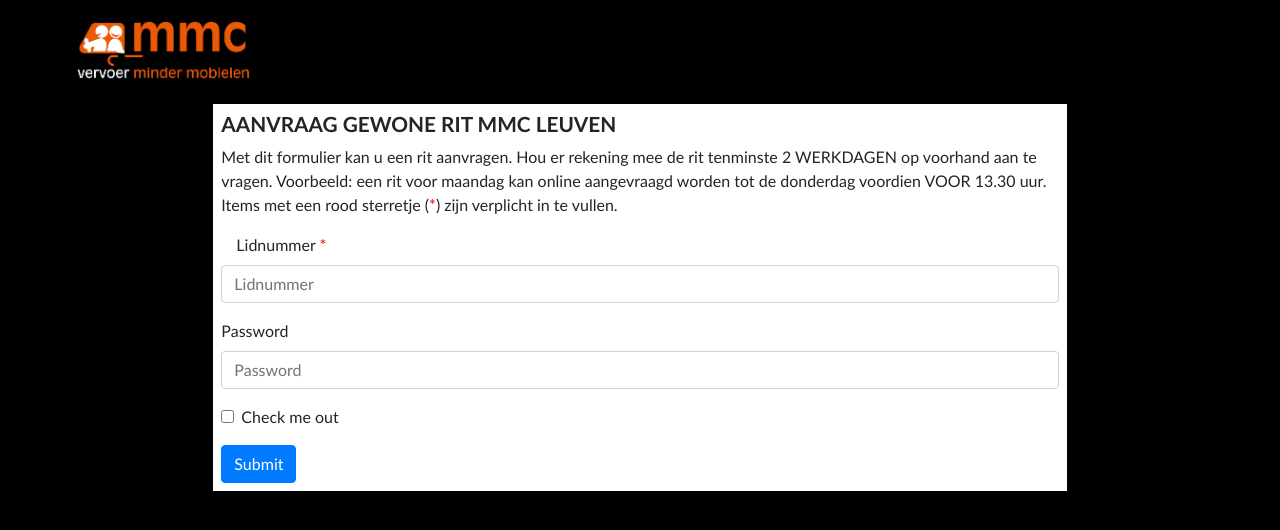
Repository: tclaes/vera
Page: index.html
These files come from the project's save history. The page is drawn as it stood at one moment and after a run of saves; the edit follows.
The browser window is 1280 px wide. The pictures show the whole page.

Above is the page before, as saved 2018-11-12 15:37:51.

### index.html
<!doctype html>
<html class="no-js" lang="">

<head>
  <meta charset="utf-8">
  <meta http-equiv="x-ua-compatible" content="ie=edge">
  <title></title>
  <meta name="description" content="">
  <meta name="viewport" content="width=device-width, initial-scale=1, shrink-to-fit=no">

  <link rel="manifest" href="site.webmanifest">
  <link rel="apple-touch-icon" href="icon.png">
  <!-- Place favicon.ico in the root directory -->

  <link rel="stylesheet" href="https://stackpath.bootstrapcdn.com/bootstrap/4.1.3/css/bootstrap.min.css" integrity="sha384-MCw98/SFnGE8fJT3GXwEOngsV7Zt27NXFoaoApmYm81iuXoPkFOJwJ8ERdknLPMO" crossorigin="anonymous">
  <link rel="stylesheet" href="css/main.css">
</head>

<body>
  <!--[if lte IE 9]>
    <p class="browserupgrade">You are using an <strong>outdated</strong> browser. Please <a href="https://browsehappy.com/">upgrade your browser</a> to improve your experience and security.</p>
  <![endif]-->

  <div class="container-fluid">
    <div class="row header">
      <div class="col-md-12">
        <img src="img/logo_MMC_neg_groot.28.jpg" alt="MMC Logo" height="100px">
      </div>
    </div>
    <div class="row d-flex justify-content-center">
      <div class="col-md-8 m-1 p-2 white">
        <h1>AANVRAAG GEWONE RIT MMC LEUVEN</h1>
        <p>Met dit formulier kan u een rit aanvragen. Hou er rekening mee de rit tenminste 2 WERKDAGEN op voorhand aan te vragen.
          Voorbeeld: een rit voor maandag kan online aangevraagd worden tot de donderdag voordien VOOR 13.30 uur.
          Items met een rood sterretje (<span class="red">*</span>) zijn verplicht in te vullen.</p>
        <form>
          <div class="form-group">
            <div class="col-md-2">
              <label for="lidNummer">Lidnummer <span class="red">*</span></label>
            </div>

            <input type="email" class="form-control" id="lidNummer" aria-describedby="lidNummer" placeholder="Lidnummer" required>
          </div>
          <div class="form-group">
            <label for="exampleInputPassword1">Password</label>
            <input type="password" class="form-control" id="exampleInputPassword1" placeholder="Password">
          </div>
        <div class="form-group form-check">
          <input type="checkbox" class="form-check-input" id="exampleCheck1">
          <label class="form-check-label" for="exampleCheck1">Check me out</label>
        </div>
        <button type="submit" class="btn btn-primary">Submit</button>
      </form>
    </div>
    </div>
    <div class="row footer"></div>
  </div>



  <script src="https://code.jquery.com/jquery-3.3.1.slim.min.js" integrity="sha384-q8i/X+965DzO0rT7abK41JStQIAqVgRVzpbzo5smXKp4YfRvH+8abtTE1Pi6jizo" crossorigin="anonymous"></script>
<script src="https://cdnjs.cloudflare.com/ajax/libs/popper.js/1.14.3/umd/popper.min.js" integrity="sha384-ZMP7rVo3mIykV+2+9J3UJ46jBk0WLaUAdn689aCwoqbBJiSnjAK/l8WvCWPIPm49" crossorigin="anonymous"></script>
<script src="https://stackpath.bootstrapcdn.com/bootstrap/4.1.3/js/bootstrap.min.js" integrity="sha384-ChfqqxuZUCnJSK3+MXmPNIyE6ZbWh2IMqE241rYiqJxyMiZ6OW/JmZQ5stwEULTy" crossorigin="anonymous"></script>
  <script src="js/vendor/modernizr-3.6.0.min.js"></script>
  <script>window.jQuery || document.write('<script src="js/vendor/jquery-3.3.1.min.js"><\/script>')</script>
  <script src="js/plugins.js"></script>
  <script src="js/main.js"></script>
</body>

</html>

### css/main.css
/*! HTML5 Boilerplate v6.1.0 | MIT License | https://html5boilerplate.com/ */

/*
 * What follows is the result of much research on cross-browser styling.
 * Credit left inline and big thanks to Nicolas Gallagher, Jonathan Neal,
 * Kroc Camen, and the H5BP dev community and team.
 */

/* ==========================================================================
   Base styles: opinionated defaults
   ========================================================================== */

html {
    color: #222;
    font-size: 1em;
    line-height: 1.4;
}

/*
 * Remove text-shadow in selection highlight:
 * https://twitter.com/miketaylr/status/12228805301
 *
 * Vendor-prefixed and regular ::selection selectors cannot be combined:
 * https://stackoverflow.com/a/16982510/7133471
 *
 * Customize the background color to match your design.
 */

::-moz-selection {
    background: #b3d4fc;
    text-shadow: none;
}

::selection {
    background: #b3d4fc;
    text-shadow: none;
}

/*
 * A better looking default horizontal rule
 */

hr {
    display: block;
    height: 1px;
    border: 0;
    border-top: 1px solid #ccc;
    margin: 1em 0;
    padding: 0;
}

/*
 * Remove the gap between audio, canvas, iframes,
 * images, videos and the bottom of their containers:
 * https://github.com/h5bp/html5-boilerplate/issues/440
 */

audio,
canvas,
iframe,
img,
svg,
video {
    vertical-align: middle;
}

/*
 * Remove default fieldset styles.
 */

fieldset {
    border: 0;
    margin: 0;
    padding: 0;
}

/*
 * Allow only vertical resizing of textareas.
 */

textarea {
    resize: vertical;
}

/* ==========================================================================
   Browser Upgrade Prompt
   ========================================================================== */

.browserupgrade {
    margin: 0.2em 0;
    background: #ccc;
    color: #000;
    padding: 0.2em 0;
}

/* ==========================================================================
   Author's custom styles
   ========================================================================== */

   body {
     background: black;
     font-family: 'Trebuchet MS', 'Lucida Sans Unicode', 'Lucida Grande', 'Lucida Sans', Arial, sans-serif;
   }

   h1 {
     font-size: 1.3rem;
     font-weight: 700;
   }

   .white {
     background-color: white;
   }

   .red {
     color: red;
   }


















/* ==========================================================================
   Helper classes
   ========================================================================== */

/*
 * Hide visually and from screen readers
 */

.hidden {
    display: none !important;
}

/*
 * Hide only visually, but have it available for screen readers:
 * https://snook.ca/archives/html_and_css/hiding-content-for-accessibility
 *
 * 1. For long content, line feeds are not interpreted as spaces and small width
 *    causes content to wrap 1 word per line:
 *    https://medium.com/@jessebeach/beware-smushed-off-screen-accessible-text-5952a4c2cbfe
 */

.visuallyhidden {
    border: 0;
    clip: rect(0 0 0 0);
    height: 1px;
    margin: -1px;
    overflow: hidden;
    padding: 0;
    position: absolute;
    width: 1px;
    white-space: nowrap; /* 1 */
}

/*
 * Extends the .visuallyhidden class to allow the element
 * to be focusable when navigated to via the keyboard:
 * https://www.drupal.org/node/897638
 */

.visuallyhidden.focusable:active,
.visuallyhidden.focusable:focus {
    clip: auto;
    height: auto;
    margin: 0;
    overflow: visible;
    position: static;
    width: auto;
    white-space: inherit;
}

/*
 * Hide visually and from screen readers, but maintain layout
 */

.invisible {
    visibility: hidden;
}

/*
 * Clearfix: contain floats
 *
 * For modern browsers
 * 1. The space content is one way to avoid an Opera bug when the
 *    `contenteditable` attribute is included anywhere else in the document.
 *    Otherwise it causes space to appear at the top and bottom of elements
 *    that receive the `clearfix` class.
 * 2. The use of `table` rather than `block` is only necessary if using
 *    `:before` to contain the top-margins of child elements.
 */

.clearfix:before,
.clearfix:after {
    content: " "; /* 1 */
    display: table; /* 2 */
}

.clearfix:after {
    clear: both;
}

/* ==========================================================================
   EXAMPLE Media Queries for Responsive Design.
   These examples override the primary ('mobile first') styles.
   Modify as content requires.
   ========================================================================== */

@media only screen and (min-width: 35em) {
    /* Style adjustments for viewports that meet the condition */
}

@media print,
       (-webkit-min-device-pixel-ratio: 1.25),
       (min-resolution: 1.25dppx),
       (min-resolution: 120dpi) {
    /* Style adjustments for high resolution devices */
}

/* ==========================================================================
   Print styles.
   Inlined to avoid the additional HTTP request:
   https://www.phpied.com/delay-loading-your-print-css/
   ========================================================================== */

@media print {
    *,
    *:before,
    *:after {
        background: transparent !important;
        color: #000 !important; /* Black prints faster */
        -webkit-box-shadow: none !important;
        box-shadow: none !important;
        text-shadow: none !important;
    }

    a,
    a:visited {
        text-decoration: underline;
    }

    a[href]:after {
        content: " (" attr(href) ")";
    }

    abbr[title]:after {
        content: " (" attr(title) ")";
    }

    /*
     * Don't show links that are fragment identifiers,
     * or use the `javascript:` pseudo protocol
     */

    a[href^="#"]:after,
    a[href^="javascript:"]:after {
        content: "";
    }

    pre {
        white-space: pre-wrap !important;
    }
    pre,
    blockquote {
        border: 1px solid #999;
        page-break-inside: avoid;
    }

    /*
     * Printing Tables:
     * http://css-discuss.incutio.com/wiki/Printing_Tables
     */

    thead {
        display: table-header-group;
    }

    tr,
    img {
        page-break-inside: avoid;
    }

    p,
    h2,
    h3 {
        orphans: 3;
        widows: 3;
    }

    h2,
    h3 {
        page-break-after: avoid;
    }
}

### js/plugins.js
// Avoid `console` errors in browsers that lack a console.
(function() {
  var method;
  var noop = function () {};
  var methods = [
    'assert', 'clear', 'count', 'debug', 'dir', 'dirxml', 'error',
    'exception', 'group', 'groupCollapsed', 'groupEnd', 'info', 'log',
    'markTimeline', 'profile', 'profileEnd', 'table', 'time', 'timeEnd',
    'timeline', 'timelineEnd', 'timeStamp', 'trace', 'warn'
  ];
  var length = methods.length;
  var console = (window.console = window.console || {});

  while (length--) {
    method = methods[length];

    // Only stub undefined methods.
    if (!console[method]) {
      console[method] = noop;
    }
  }
}());

// Place any jQuery/helper plugins in here.

Loaded but not shown: js/vendor/modernizr-3.6.0.min.js (library); js/main.js (no stored copy; drawn as an empty file)

After the next 5 saves:
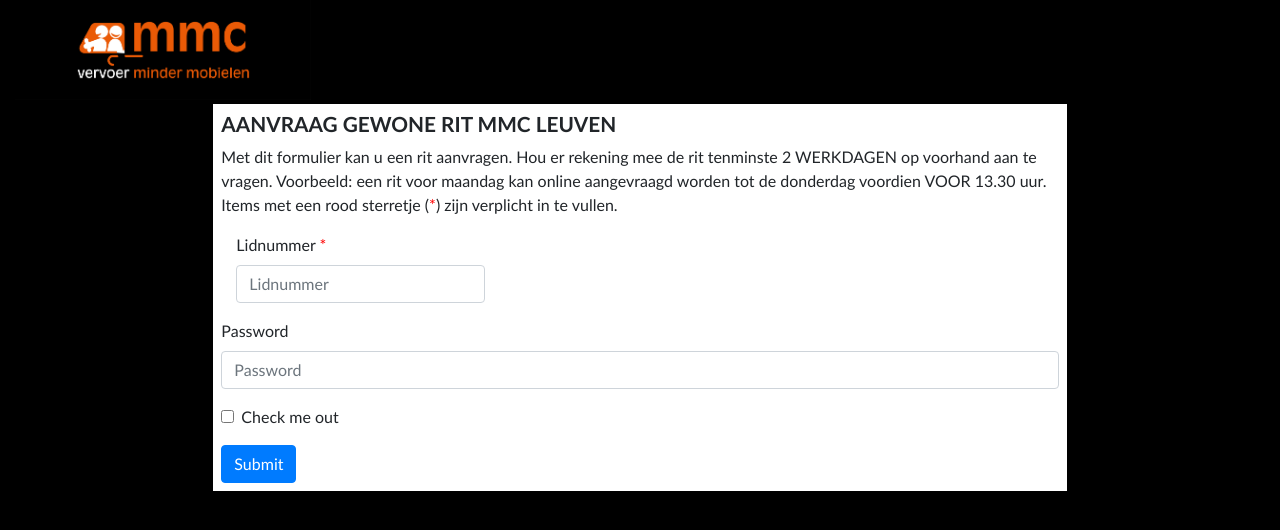
The 5 saves are shown as one change because they came seconds apart.
The last was saved 13 s later.
--- a/index.html
+++ b/index.html
@@ -38,8 +38,9 @@
             <div class="col-md-2">
               <label for="lidNummer">Lidnummer <span class="red">*</span></label>
             </div>
-
-            <input type="email" class="form-control" id="lidNummer" aria-describedby="lidNummer" placeholder="Lidnummer" required>
+            <div class="col-md-4">
+              <input type="email" class="form-control" id="lidNummer" aria-describedby="lidNummer" placeholder="Lidnummer" required>
+            </div>
           </div>
           <div class="form-group">
             <label for="exampleInputPassword1">Password</label>
